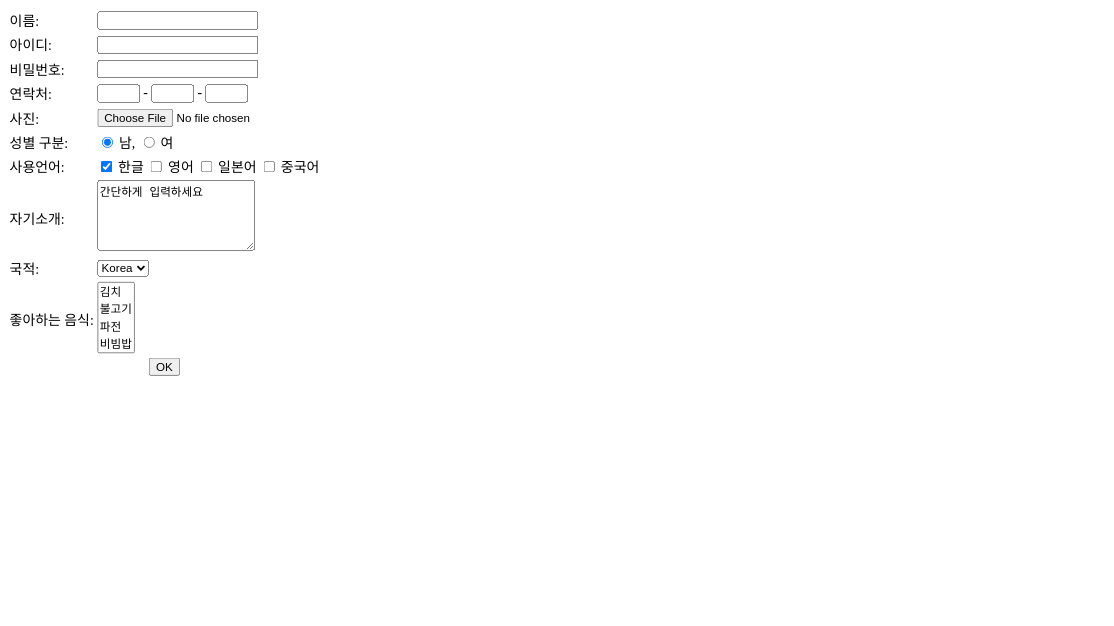
Repository: tjdwlsaos22/TJ_JSP
Page: jsp/HTML/src/main/webapp/Lec06.html
An editor plug-in stored every save of this project. The page is shown before and after the next save, followed by the edit.
The browser window is 1280 px wide. The pictures show the whole page, at 87% of full size.

Above is the page before, as saved 2024-01-17 05:11:41.

### jsp/HTML/src/main/webapp/Lec06.html
<!DOCTYPE html>
<html>
	<head>
		<meta charset="UTF-8">
		<title>Insert title here</title>
	</head>
	<body>
		<form action="#" method="get">
			<table>
				<tr>
					<td>이름:</td>
					<td><input type="text" name="userName"></td>
				</tr>
				<tr>
					<td>아이디:</td>
					<td><input type="text" name="userId"></td>
				</tr>
				<tr>
					<td>비밀번호:</td>
					<td><input type="password" name="userPassword"></td>
				</tr>
				<tr>
					<td>연락처:</td>
					<td>
						<input type="text" name="phone1" size="3"> -
						<input type="text" name="phone2" size="3"> -
						<input type="text" name="phone3" size="3">
					</td>
				</tr>
				<tr>
					<td>사진:</td>
					<td><input type="file" name="picture"></td>
				</tr>
				<tr>
					<td>성별 구분:</td>
					<td>
						<input type="radio" name="gender" value="man" checked="checked"> 남,
						<input type="radio" name="gender" value="woman"> 여
					</td>
				</tr>
				<tr>
					<td>사용언어:</td>
					<td>
						<input type="checkbox" name="lang" value="kor" checked="checked"> 한글
						<input type="checkbox" name="lang" value="eng"> 영어
						<input type="checkbox" name="lang" value="jpn"> 일본어
						<input type="checkbox" name="lang" value="chn"> 중국어
					</td>
				</tr>
				<tr>
					<td>자기소개:</td>
					<td><textarea rows="5" cols="20" name="introduce">간단하게 입력하세요</textarea></td>
				</tr>
				<tr>
					<td>국적:</td>
					<td>
						<select name="nationally">
							<option>Korea</option>
							<option>USA</option>
							<option>Japan</option>
							<option>China</option>
						</select>
					</td>
				</tr>
				<tr>
					<td>좋아하는 음식:</td>
					<td>
						<select multiple="multiple" name="food">
							<option>김치</option>
							<option>불고기</option>
							<option>파전</option>
							<option>비빔밥</option>
						</select>
					</td>
				</tr>
				<tr>
					<td colspan="2" align="center"><input type="submit" name="order" value="OK"></td>
				</tr>
			</table>
		</form>
	</body>
</html>

After the next save:
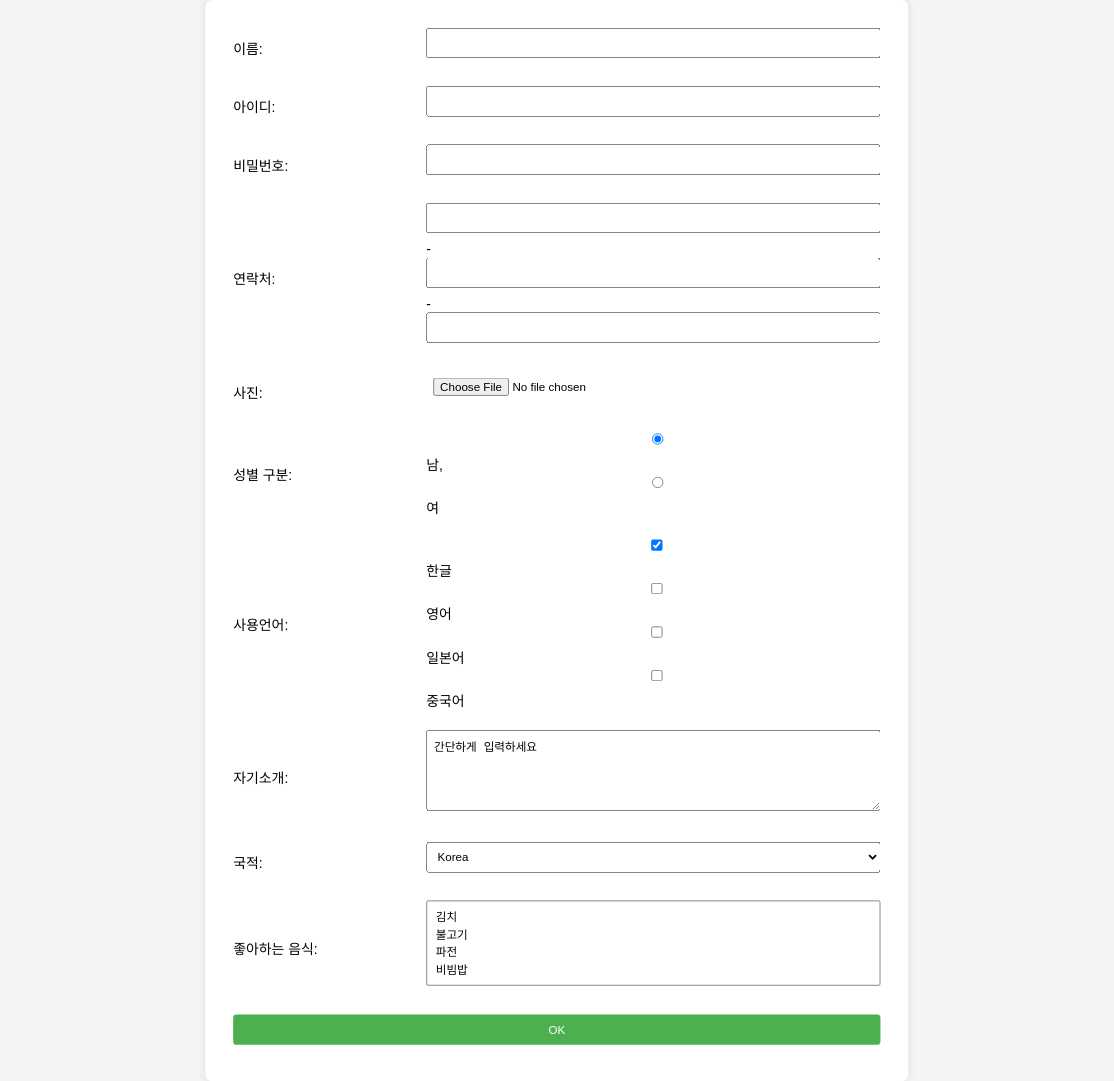
Saved 3 min 24 s later.
--- a/jsp/HTML/src/main/webapp/Lec06.html
+++ b/jsp/HTML/src/main/webapp/Lec06.html
@@ -2,7 +2,49 @@
 <html>
 	<head>
 		<meta charset="UTF-8">
-		<title>Insert title here</title>
+		<title>Registration Form</title>
+		<style>
+			body {
+				font-family: Arial, sans-serif;
+				background-color: #f4f4f4;
+				margin: 0;
+				padding: 0;
+			}
+			form {
+				width: 60%;
+				margin: auto;
+				background-color: #fff;
+				padding: 20px;
+				border-radius: 8px;
+				box-shadow: 0 0 10px rgba(0, 0, 0, 0.1);
+			}
+			table {
+				width: 100%;
+			}
+			td {
+				padding: 10px;
+			}
+			input, select, textarea {
+				width: 100%;
+				padding: 8px;
+				box-sizing: border-box;
+				margin-bottom: 10px;
+			}
+			textarea {
+				resize: vertical;
+			}
+			input[type="submit"] {
+				background-color: #4caf50;
+				color: #fff;
+				cursor: pointer;
+				border: none;
+				padding: 10px 20px;
+				border-radius: 4px;
+			}
+			input[type="submit"]:hover {
+				background-color: #45a049;
+			}
+		</style>
 	</head>
 	<body>
 		<form action="#" method="get">
